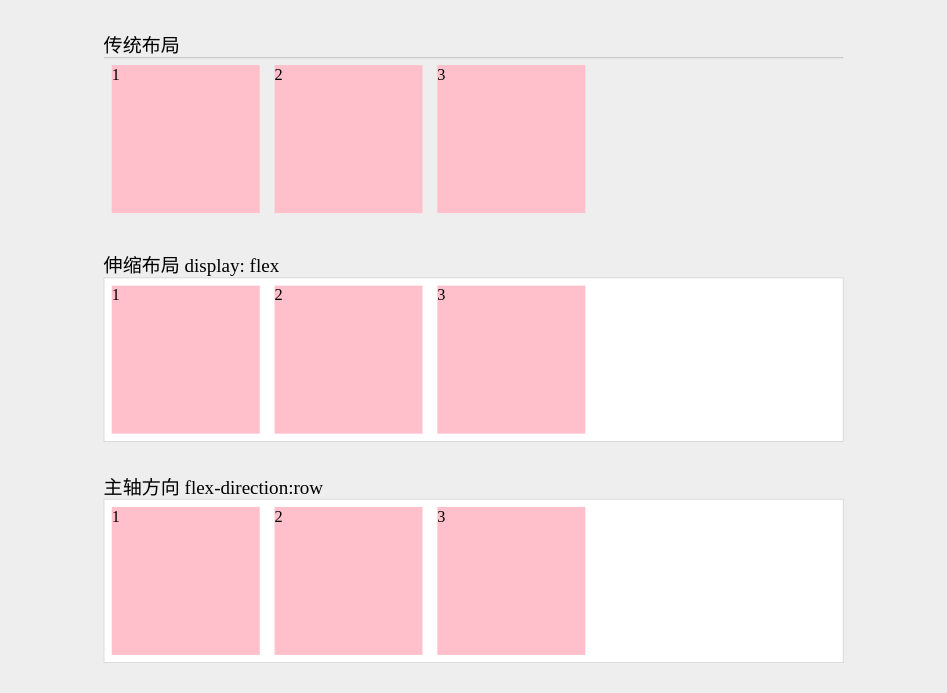
Repository: Germtao/Web
Page: web_css/css3_FLEX布局.html
An editor plug-in stored every save of this project. The page is shown before and after the next save, followed by the edit.
The browser window is 1280 px wide. The pictures show the whole page, at 74% of full size.

Above is the page before, as saved 2020-11-04 11:10:48.

### web_css/css3_FLEX布局.html
<!DOCTYPE html>
<html lang="en">

<head>
  <meta charset="UTF-8">
  <meta name="viewport" content="width=device-width, initial-scale=1.0">
  <title>CSS3-FLEX布局</title>

  <style>
    * {
      margin: 0;
      padding: 0;
      list-style: none;
    }

    body {
      background-color: #eee;
      font-family: "Microsoft Yahei";
      font-size: 22px;
    }

    h3 {
      font-weight: normal;
    }

    section {
      width: 1000px;
      margin: 40px auto;
    }

    ul {
      background-color: #fff;
      border: 1px solid #ccc;
    }

    ul li {
      width: 200px;
      height: 200px;
      background-color: pink;
      margin: 10px;
    }

    section:nth-child(1) {
      /* 清除浮动 */
      overflow: hidden;
    }

    section:nth-child(1) ul li {
      float: left;
    }

    /* 设置伸缩盒子 */
    section:nth-child(2) ul {
      display: flex;
    }

    /* 主轴方向 flex-direction:row */
    section:nth-child(3) ul {
      display: flex;
      flex-direction: row;
    }
  </style>
</head>

<body>
  <section>
    <h3>传统布局</h3>
    <ul>
      <li>1</li>
      <li>2</li>
      <li>3</li>
    </ul>
  </section>

  <section>
    <h3>伸缩布局 display: flex</h3>
    <ul>
      <li>1</li>
      <li>2</li>
      <li>3</li>
    </ul>
  </section>

  <section>
    <h3>主轴方向 flex-direction:row</h3>
    <ul>
      <li>1</li>
      <li>2</li>
      <li>3</li>
    </ul>
  </section>
</body>

</html>

After the next save:
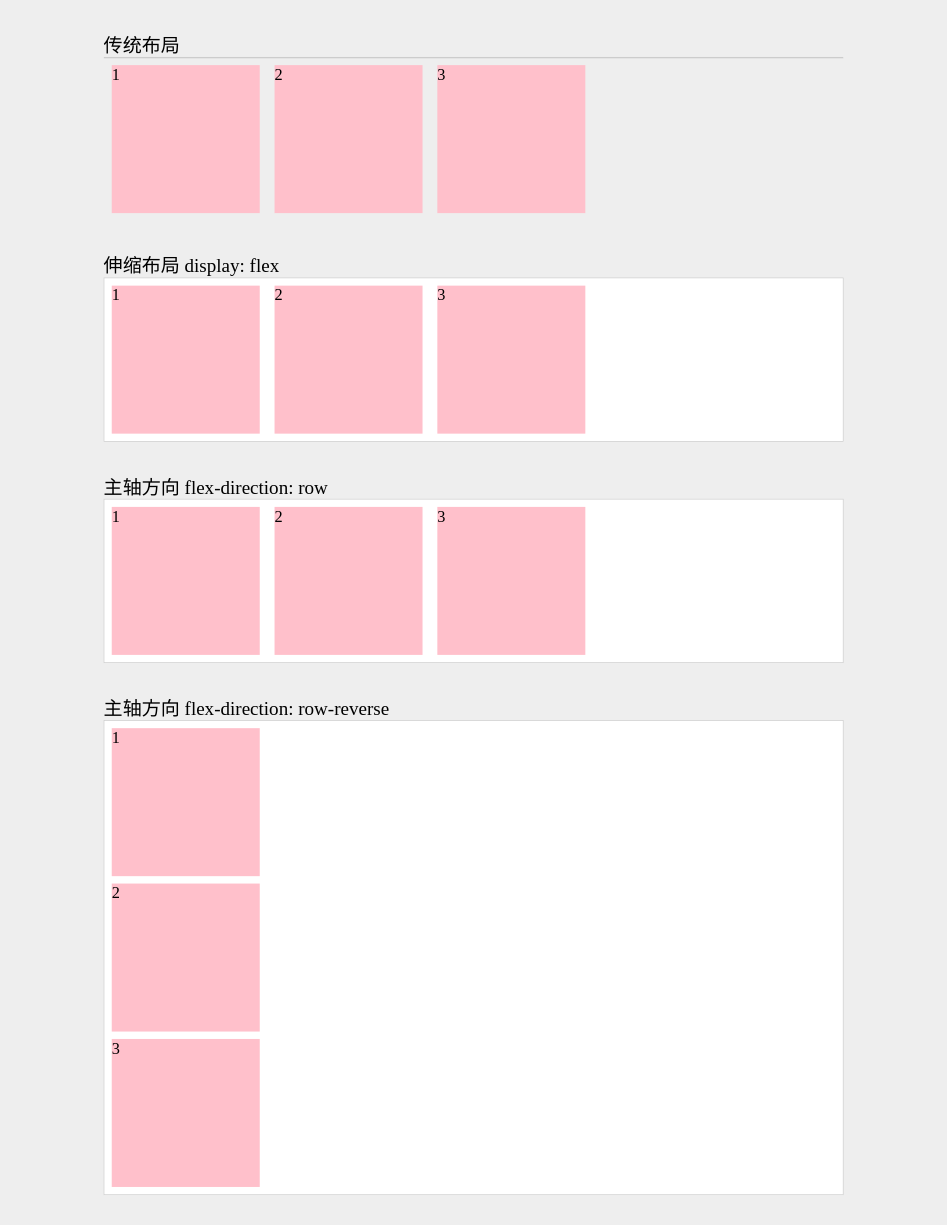
Saved 67 s later.
--- a/web_css/css3_FLEX布局.html
+++ b/web_css/css3_FLEX布局.html
@@ -82,7 +82,16 @@
   </section>
 
   <section>
-    <h3>主轴方向 flex-direction:row</h3>
+    <h3>主轴方向 flex-direction: row</h3>
+    <ul>
+      <li>1</li>
+      <li>2</li>
+      <li>3</li>
+    </ul>
+  </section>
+
+  <section>
+    <h3>主轴方向 flex-direction: row-reverse</h3>
     <ul>
       <li>1</li>
       <li>2</li>
